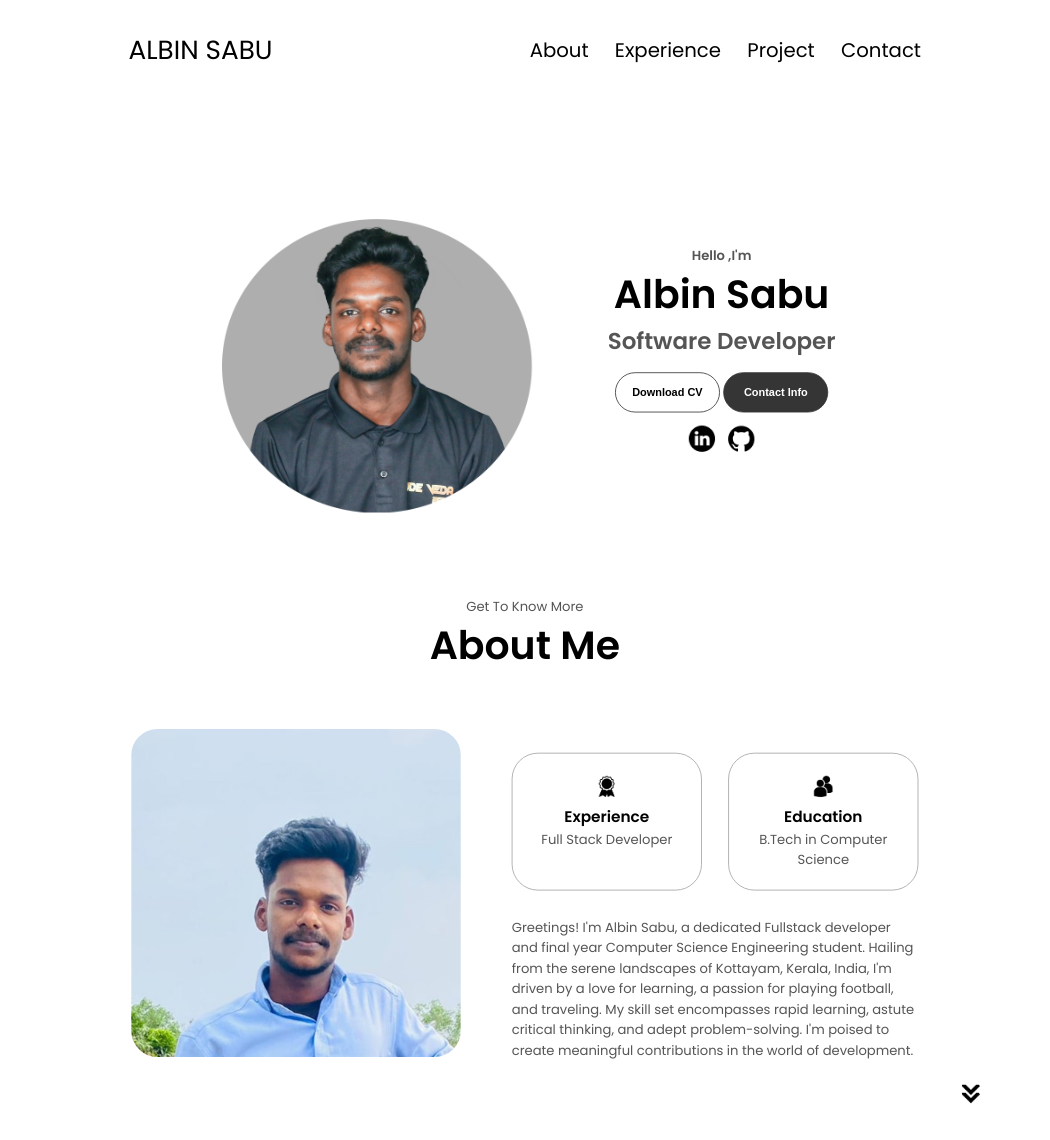
Repository: albinsabu2023/albinsabu
Page: index.html
An editor plug-in stored every save of this project. The page is shown before and after the next save, followed by the edit.
The browser window is 1280 px wide. The pictures show the whole page, at 82% of full size.

Above is the page before, as saved 2023-08-30 12:34:46.

### index.html
<!DOCTYPE html>
<html lang="en">
<link>
    <meta charset="UTF-8">
    <meta name="viewport" content="width=device-width, initial-scale=1.0">
    <title>Albin Sabu</title>
    <link rel="stylesheet" href="style.css"/>
    <link rel="stylesheet" href="mediaqueries.css">
</head>
<body>
    <nav id="desktop-nav">
        <div class="logo">
            ALBIN SABU
        </div>
        <div>
            <ul class="nav-links">
                <li><a href="#about">About</a></li>
                <li><a href="#experience">Experience</a></li>
                <li><a href="#project">Project</a></li>
                <li><a href="#contact">Contact</a></li>
            </ul>
        </div>
    </nav>
    <nav id="hamburger-nav">
        <div clas="logo"> ALBIN SABU</div>
        <div class="hamburger-menu">
            <div class="hamburger-icon" onclick="toggleMenu()">
                <span></span>
                <span></span>
                <span></span>
            </div>
            <div class="menu-links">
                <li><a href="#about" onclick="toggleMenu()">About</a></li>
                <li><a href="#about" onclick="toggleMenu()">Experience</a></li>
                <li><a href="#about" onclick="toggleMenu()">Project</a></li>
                <li><a href="#about" onclick="toggleMenu()">Contact</a></li>
            </div>
        </div>
    </nav>
    <section id="profile">
        <div class="section__pic-container">
            <img src="./assets/Albin Sabu2.png" alt="profile-pic">
        </div>
        <div class="section__text">
            <p class="section__text__p1">Hello ,I'm</p>
            <h1 class="title">Albin Sabu</h1>
            <p class="section__text__p2">Software Developer</p>
            <div class="btn_container">
                <button class="btn btn-color-2" onclick="window.open('./assets/Albin sabu.pdf')">Download CV</button>
                <button class="btn btn-color-1" onclick="location.href='#contact'">Contact Info</button>
            </div>
            <div id="social-container">
                <img src="./assets/linkedin.png" alt="My Linkedin Profile" class="icon" onclick="location.href='https://www.linkedin.com/in/albin-sabu-377798230'">
                <img src="./assets/github.png" alt="My Github Profile" class="icon" onclick="location.href='https://github.com/albinsabu2023'">

            </div>
        </div>
    </section>
    <section id="about">
        <p class="section__text__p1">Get To Know More</p>
        <h1 class="title">About Me</h1>
        <div class="section-container">
            <div class="section__pic-container">
                <img src="./assets/ull.png" alt="profilepicture" class="about-pic">
            </div>
            <div class="about-details-container">
                <div class="about-container">
                    <div class="details-container">
                        <img src="./assets/experience.png" alt="experience icon" class="icon">
                        <h3>Experience</h3>
                        <p>Full Stack Developer</p>
                    </div>
                    <div class="details-container">
                        <img src="./assets/education.png" alt="experience icon" class="icon">
                        <h3>Education</h3>
                        <p>B.Tech in Computer Science</p>
                    </div>
                </div>
                <div class="text-container">
                    <p>Greetings! I'm Albin Sabu, a dedicated Fullstack developer and final year Computer Science Engineering student. Hailing
                    from the serene landscapes of Kottayam, Kerala, India, I'm driven by a love for learning, a passion for playing
                    football, and traveling. My skill set encompasses rapid learning, astute critical thinking, and adept
                    problem-solving.  I'm poised to create meaningful
                    contributions in the world of development.
                    </p>
                </div>
            </div>
        </div>
        <!-- onclick="locaiton.href='./#experience'" -->
       <img src="./assets/arrow.png" alt="arrow" class="icon arrow" >
    </section>
    <script src="script.js"></script>
</body>
</html>

### style.css
@import url('https://fonts.googleapis.com/css2?family=Poppins:ital,wght@0,300;0,400;0,500;0,600;1,200;1,300;1,500;1,600&display=swap');

* {
    margin: 0;
    padding: 0;
}

body {
    font-family: 'Poppins', sans-serif;
}

html {
    scroll-behavior: smooth;
}

p {
    color: rgb(85, 85, 85);
}

a,
.btn {
    transition: all 300ms ease
}

/* Desktop navigation */
nav,
.nav-links {
    display: flex;

}

nav {
    justify-content: space-around;
    align-items: center;
    height: 17vh;

}

.nav-links {
    gap: 2rem;
    list-style: none;
    font-size: 1.5rem;
}
a{
    color:black;
    text-decoration: none;
    text-decoration-color: white;
}

a:hover{
    color:gray;
    text-decoration:underline;
    text-underline-offset:1rem ;
    text-decoration-color:rgb(181,181,181);
}

.logo{
    font-size:2rem;
}

#hamburger-nav{
    display:none;
}
.hamburger-menu{
    position: relative;
    display:inline-block;
}
.hamburger-icon{
    display: flex;
    flex-direction: column;
    justify-content: space-between;
    height: 24px;
    width: 30px;
    cursor: pointer;
}

.hamburger-icon span{
    width:100%;
    height: 2px;
    background-color: black;
    transition: all 0.3 ease-in-out;
}

.menu-links{
    position:absolute;
    top:100%;
    right:0%;

    width: fit-content;
    max-height: 0;
    overflow: hidden;
    transition: all 0.3 ease-in-out;
}

.menu-links{
    display: block;
    padding: 10px;
    text-align: center;
    font-size: 1.5rem;
    color: black;
    text-decoration: none;
    transform: all 0.3 ease-in-out;
}

.menu-links li{
    list-style: none;

}

.menu-links.open{
    max-height: 300px;
}

.hamburger-icon.open span:first-child{
    transform:rotate(45deg) translate(10px,5px);
}
.hamburger-icon.open span:nth-child(2){
   opacity:0;
}
.hamburger-icon.open span:last-child{
    transform:rotate(-45deg) translate(10px,-5px);
}

.hamburger-icon span:first-child{
    transform: none;
}
.hamburger-icon span:first-child{
    opacity:1;
}
.hamburger-icon span:first-child{
    transform: none;
}

section{
    padding-top:4vh ;
    height: 96vh;
    margin: 0 10rem;
    box-sizing: border-box;
    min-height: fit-content;
}

.section-container{
    display: flex;
}

#profile{
    display: flex;
    justify-content: center;
    gap: 5rem;
    height:  80vh;
}

.section__pic-container{
    display: flex;
    height: 400px;
    width: 400px;
    margin: auto 0;
}

.section__text{

    align-self:center;
    text-align: center;
}

.section__text p{
    font-weight: 600;
}
.section__text__p1{
    text-align: center;

}
.section__text__p2 {

    font-size: 1.75rem;
    margin-bottom: 1rem;
}

.title{
    font-size:3rem;
    text-align: center;
}
#social-container{
    display: flex;
    justify-content: center;
    margin-top: 1rem;
    gap: 1rem;
}

/* icon */
.icon{
    cursor: pointer;
    height: 2rem;
}

.btn-container{
    display: flex;
    justify-content:center;
    gap: 1rem;
}
.btn{
    font-weight: 600;
    transition: all 300ms ease;
    padding: 1rem;
    width: 8rem;
    border-radius: 2rem;

}

.btn-color-1,.btn-color-2{
    border:rgb(53,53,53) 0.1rem solid;
}
.btn-color-1:hover,
.btn-color-2:hover {
   cursor:pointer
}
.btn-color-1,
.btn-color-2:hover {
   background: rgb(53,53,53);
   color: white;
}

.btn-color-1:hover{
    background-color: rgb(0,0,0);

}
.btn-color-2{
    background:none
    ;
}
.btn-color-2:hover{
    border:rgb(255,255,255) 0.1rem solid;
}

/* About section */

#about{
    position: relative;
}
.about-container{
    gap:2rem;
    margin-bottom:2rem ;
    margin-top: 2rem;
}
.about-details-container{
    justify-content: center;
    flex-direction: column;
}

.about-container,.about-details-container{
    display: flex;
}

.about-pic{
    border-radius: 2rem;

}
.arrow{
    position:absolute;
    right:-5rem;
    bottom:2.5rem;
}

.details-container{
    padding:1.5rem ;
    flex: 1;
    background: white;
    border-radius: 2rem;
    border: rgb(53,53,53) 0.1rem solid;
    border-color: rgb(163,163,163);
    text-align: center;

}

.section-container{
    gap: 4rem;
    height: 80%;
}

.section_pic-container{
    height: 300px;
    width:300px ;
    margin:auto 0;
}

### mediaqueries.css
@media screen and (max-width:1200px){
    #desktop-nav{
        display: none;
    }
    #hamburger-nav{
        display: flex;
    }
}

Loaded but not shown: script.js (common file)

After the next save:
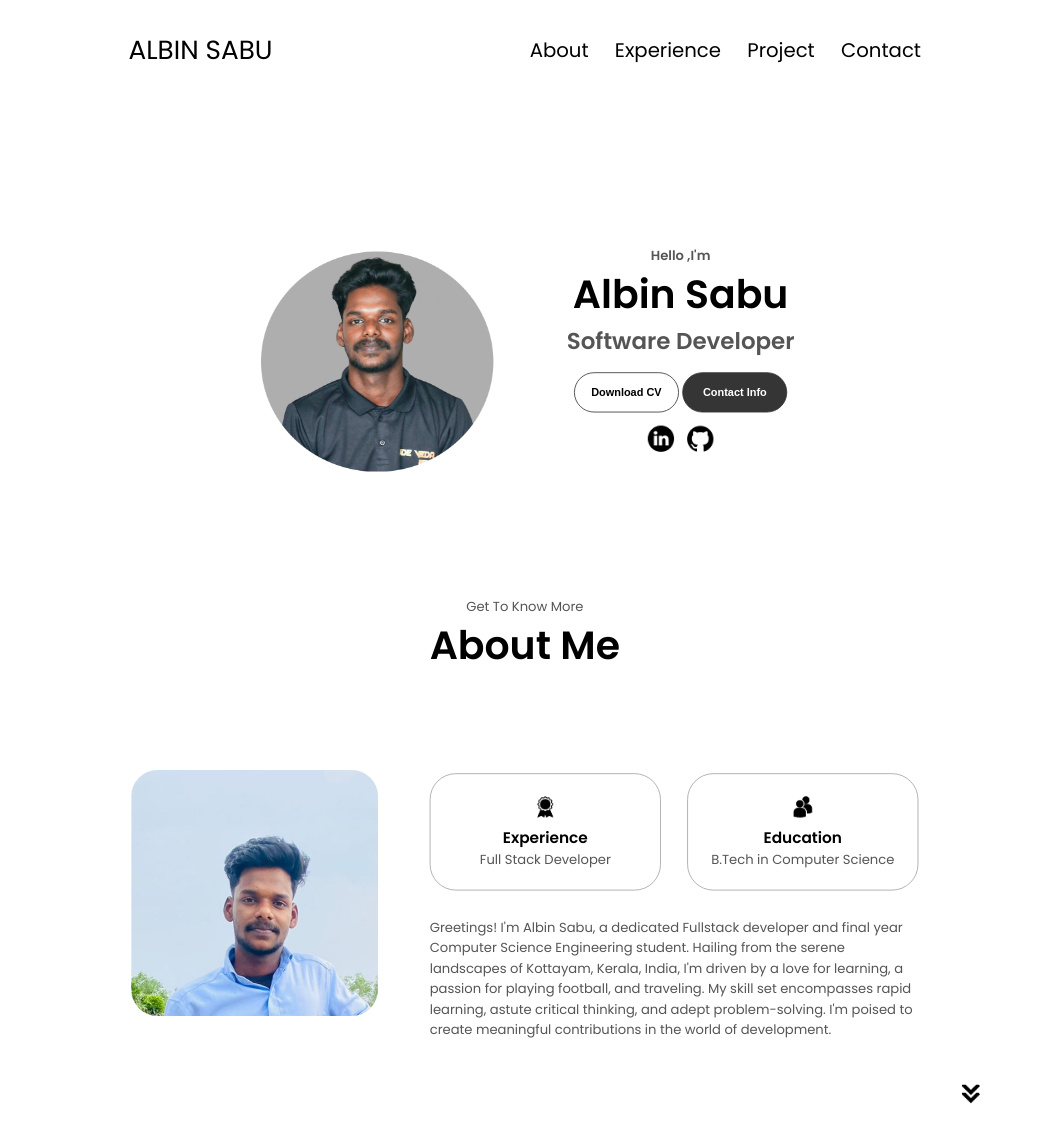
Saved 30 s later.
--- a/style.css
+++ b/style.css
@@ -277,7 +277,7 @@ section{
     height: 80%;
 }
 
-.section_pic-container{
+.section__pic-container{
     height: 300px;
     width:300px ;
     margin:auto 0;
